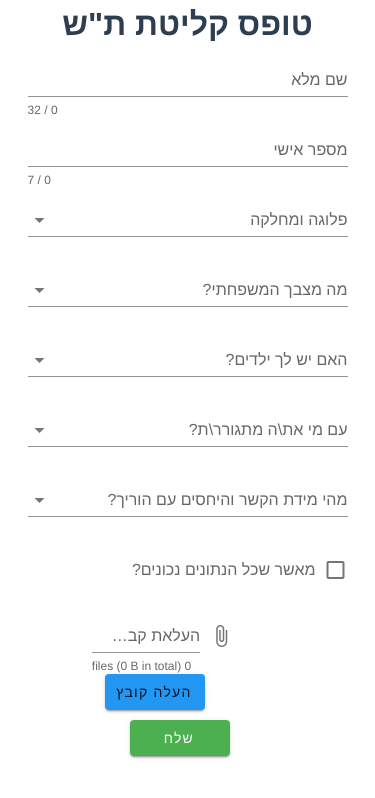
Repository: Natanhel/klitat-tash
Page: /
The author's editor kept a copy of each file at every save. The page is drawn from the files as they stood at one save, then again after a run of saves.
The browser window is 375 px wide. The pictures show the whole page.
The page's requests for data from a server got no answer. The project was rebuilt for these pictures with package versions that can differ from the ones it lists, and the page was loaded fresh each time. No one was signed in, and anything a server would have sent is missing. Also part of the build but not shown: vue.config.js.

Above is the page before, as saved 2020-12-01 18:18:16.

After the next 2 saves:
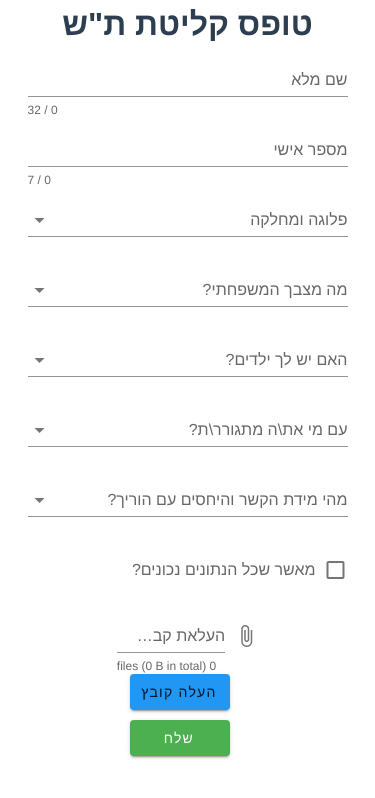
The 2 saves are shown as one change because they came seconds apart.
The last was saved 15 s later.
--- a/src/App.vue
+++ b/src/App.vue
@@ -264,7 +264,7 @@ form
   .upload
   {
     flex-direction: column;
-    /* width: 18rem; */
+    width: 100%;
     justify-content: center;
     align-items: center;
   }
